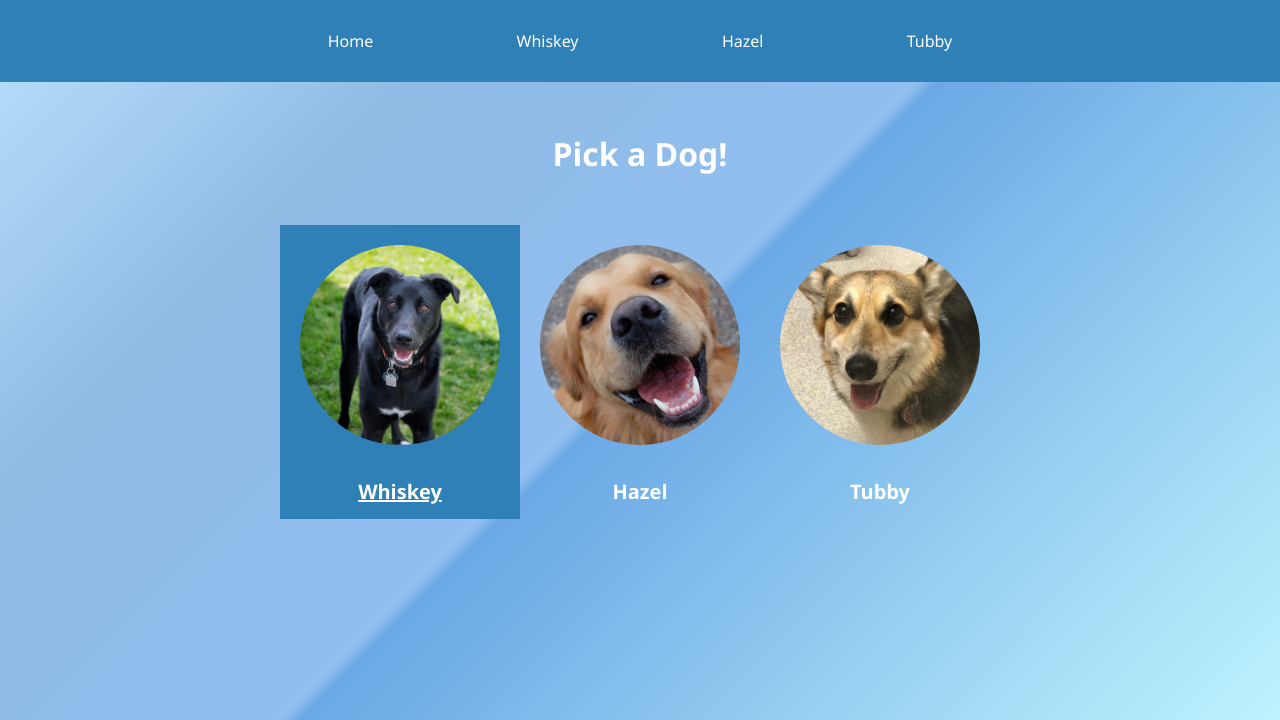
Repository: johnmutina/dog-finder
Page: /
The author's editor kept a copy of each file at every save. The page is drawn from the files as they stood at one save, then again after the next save.
The browser window is 1280 px wide. The pictures show the whole page.
The pointer rests on the first visible `.DogFinder-box a`.
The project was rebuilt for these pictures with package versions that can differ from the ones it lists, and the page was loaded fresh each time. Also part of the build but not shown: src/Dog.js.

Above is the page before, as saved 2019-07-28 15:27:49.

After the next save:
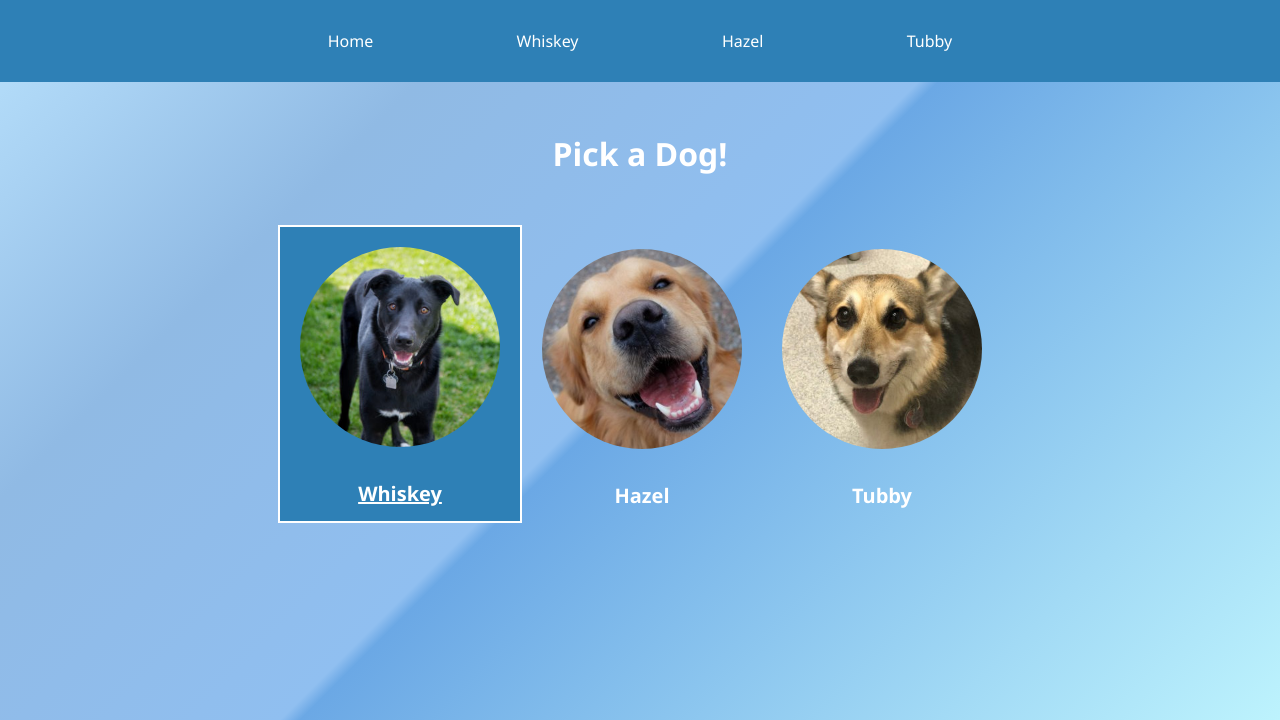
Saved 14 s later.
--- a/src/DogFinder.css
+++ b/src/DogFinder.css
@@ -22,6 +22,7 @@
   background-color: #2e80b6;
   color: white;
   text-decoration: underline;
+  border: 2px solid white;
 }
 
 .DogFinder-dog-container {

After the save that followed:
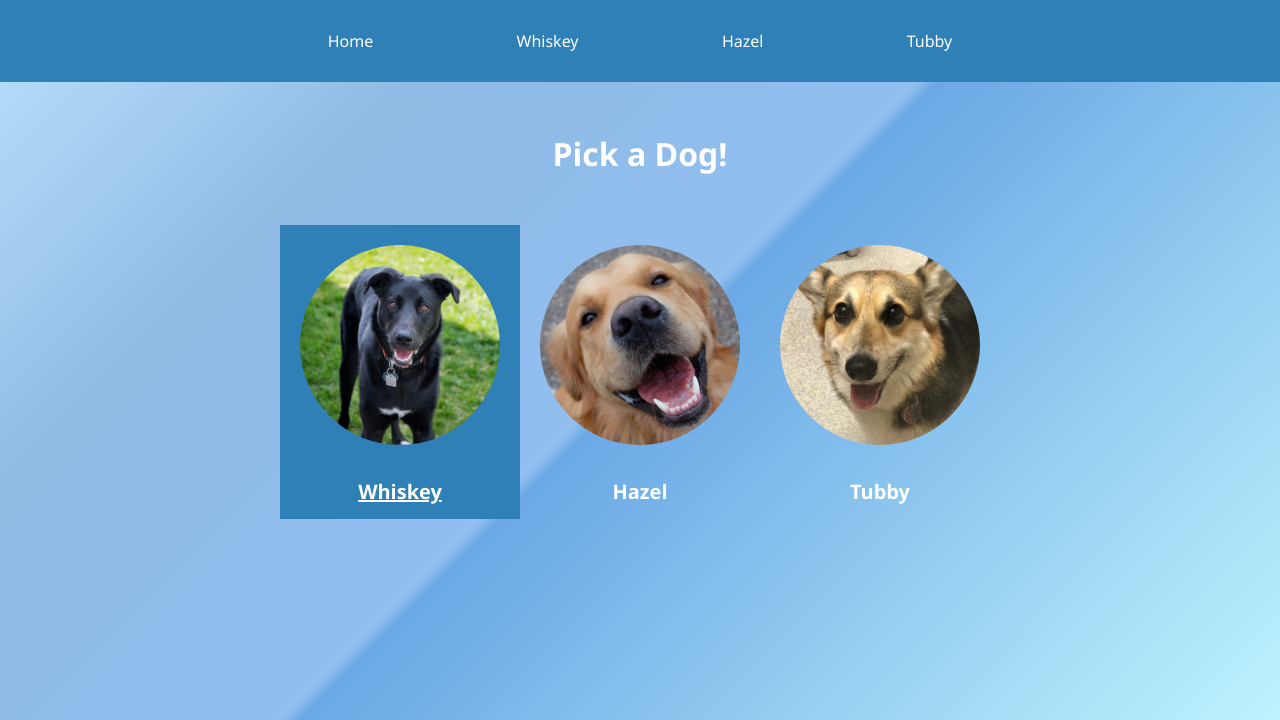
Saved 15 s later.
--- a/src/DogFinder.css
+++ b/src/DogFinder.css
@@ -22,7 +22,6 @@
   background-color: #2e80b6;
   color: white;
   text-decoration: underline;
-  border: 2px solid white;
 }
 
 .DogFinder-dog-container {
